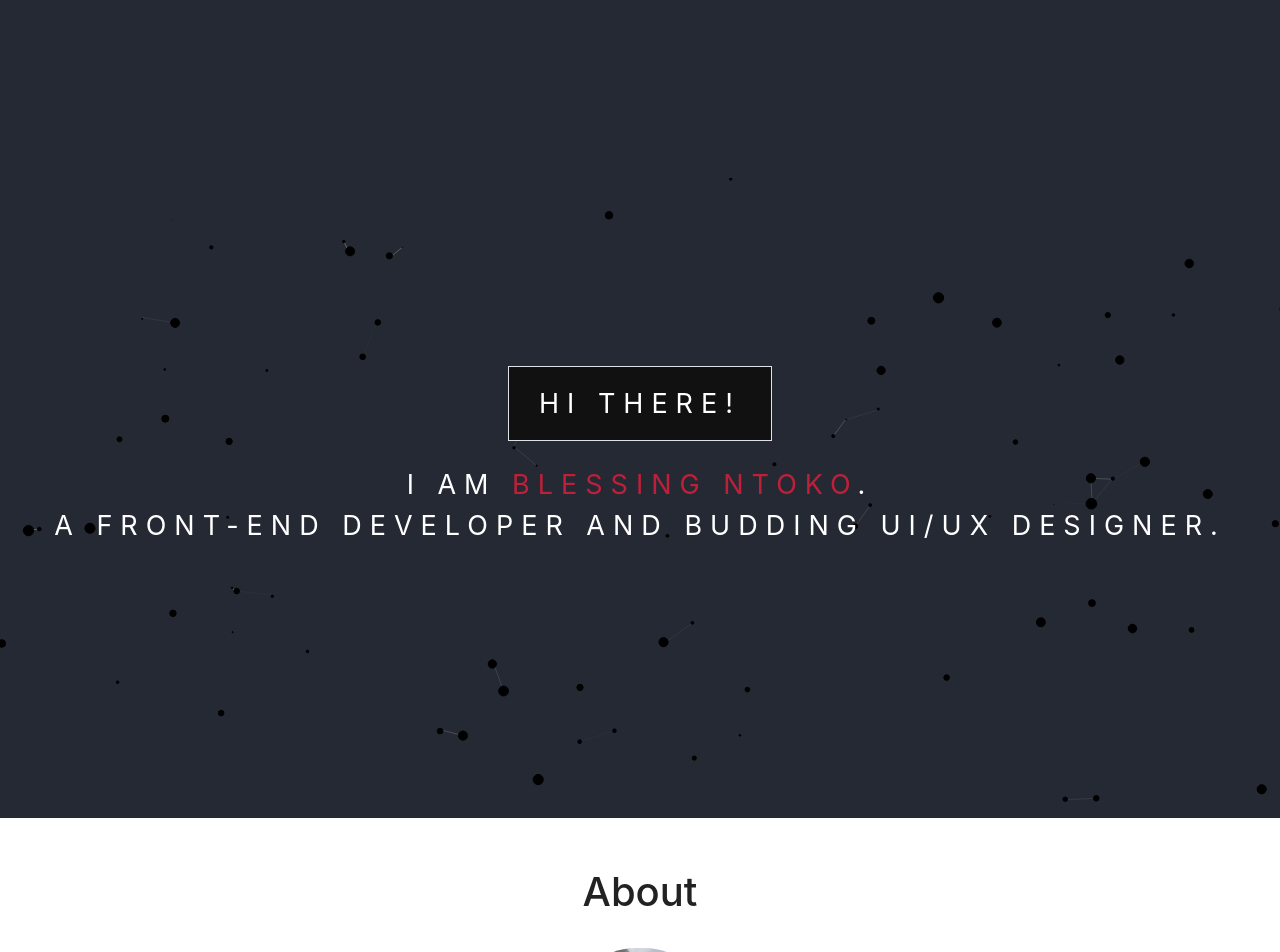
Repository: blessingNtoko/portfolio_noangular
Page: index.html
The author's editor kept a copy of each file at every save. The page is drawn from the files as they stood at one save, then again after the next save.
The browser window is 1280 px wide. The pictures show the part of the page from y = 0 to 952 px (the page is 4498 px tall).
Backgrounds fixed to the window are drawn as part of the page.

Above is the page before, as saved 2020-04-14 19:12:27.

After the next save:
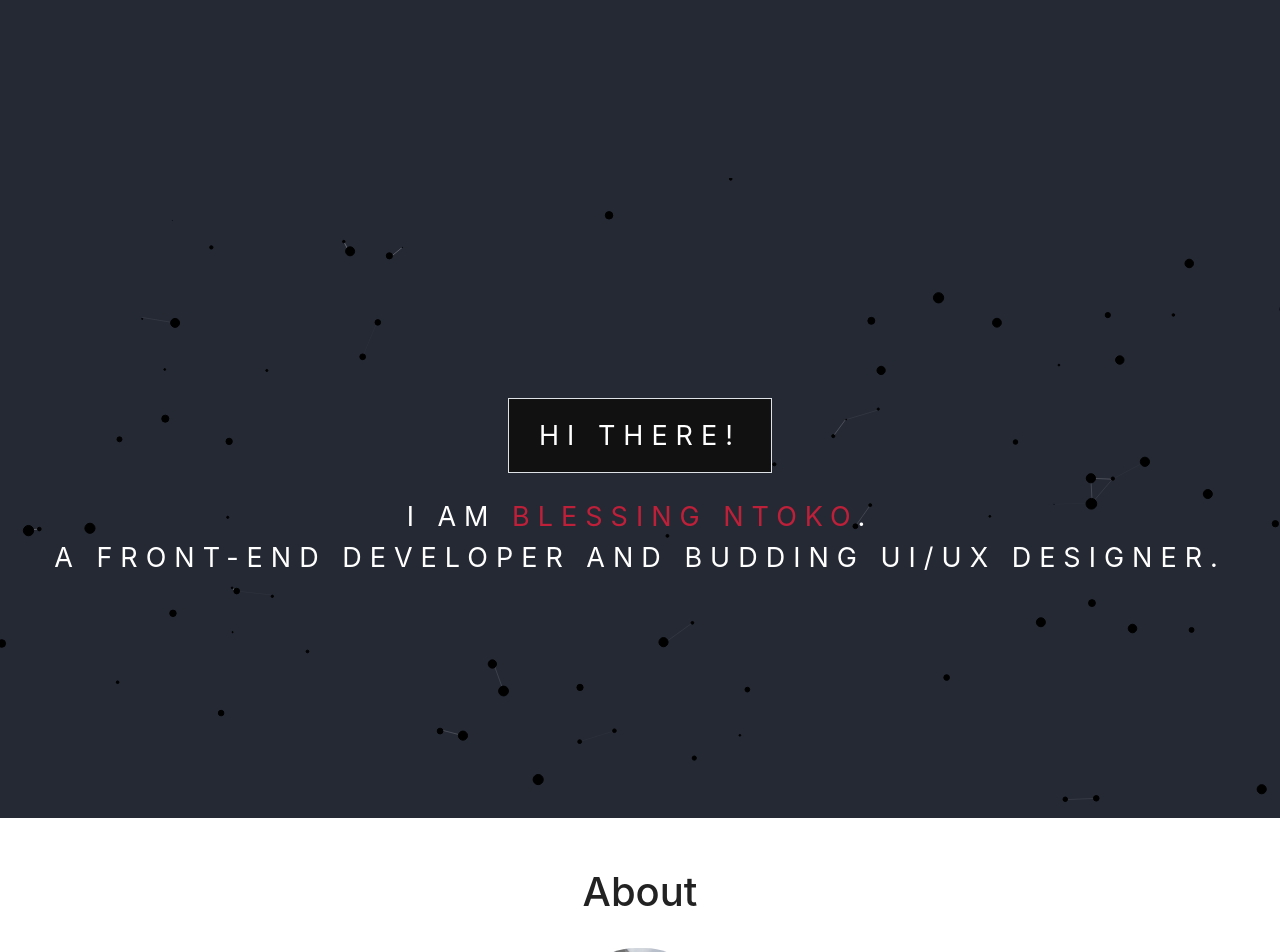
Saved 8 min 32 s later.
--- a/css/index.css
+++ b/css/index.css
@@ -60,7 +60,7 @@
 
 .ptext {
     position: absolute;
-    top: 24rem;
+    top: 26rem;
     width: 100%;
     text-align: center;
     color: white;
